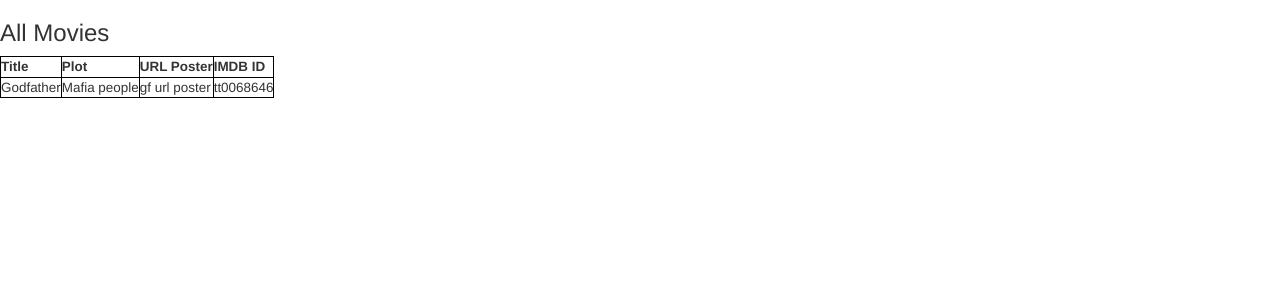
Repository: gitsana/JoseAnnunziato
Page: MyRestfulService/WebContent/movies.html
The author's editor kept a copy of each file at every save. The page is drawn from the files as they stood at one save, then again after the next save.
The browser window is 1280 px wide. The pictures show the whole page.

Above is the page before, as saved 2015-10-02 01:21:39.

After the next save:
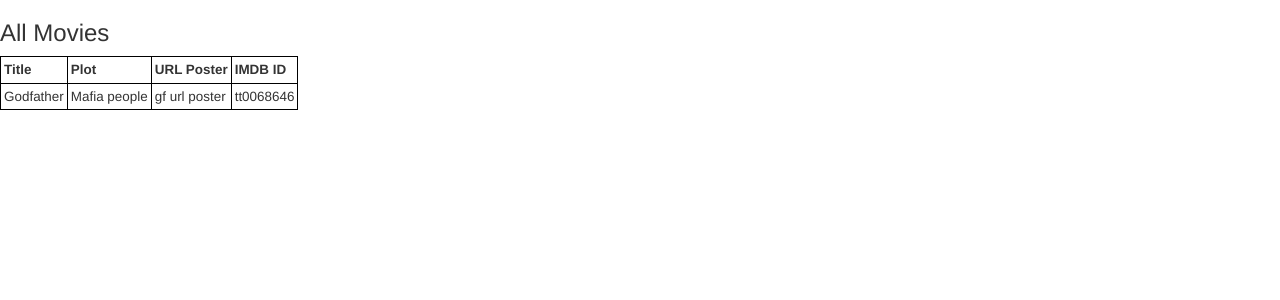
Saved 33 s later.
--- a/MyRestfulService/WebContent/movies.html
+++ b/MyRestfulService/WebContent/movies.html
@@ -10,6 +10,7 @@ table,th,td {
 	border: 1px solid black;
     border-collapse: collapse;
 	font-size: .98em;
+	padding: 3px;
 }
 </style>
 <body>
